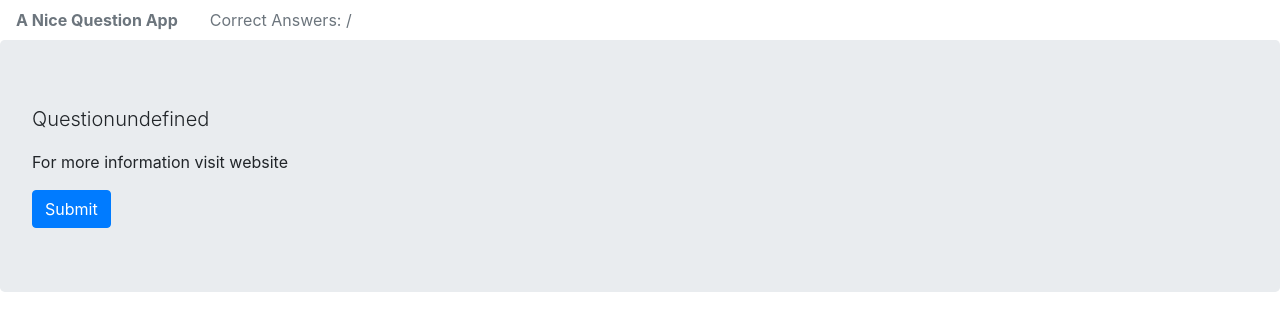
Repository: giovanicascaes/vue-quiz-app
Page: /
These files come from the project's save history. The page is drawn as it stood at one moment and after the next save; the edit follows.
The browser window is 1280 px wide. The pictures show the whole page.
The project was rebuilt for these pictures with package versions that can differ from the ones it lists, and the page was loaded fresh each time. Also part of the build but not shown: vue.config.js.

Above is the page before, as saved 2019-04-12 22:09:48.

### public/index.html
<!DOCTYPE html>
<html lang="en">
  <head>
    <meta charset="utf-8">
    <meta http-equiv="X-UA-Compatible" content="IE=edge">
    <meta name="viewport" content="width=device-width,initial-scale=1.0">
    <link rel="icon" href="<%= BASE_URL %>favicon.ico">
    <title>vue-note-app</title>
  </head>
  <body>
    <noscript>
      <strong>We're sorry but vue-note-app doesn't work properly without JavaScript enabled. Please enable it to continue.</strong>
    </noscript>
    <div id="app"></div>
    <!-- built files will be auto injected -->
  </body>
</html>

### src/main.js
import Vue from 'vue';
import BootstrapVue from 'bootstrap-vue';

import 'bootstrap/dist/css/bootstrap.css';
import 'bootstrap-vue/dist/bootstrap-vue.css';

import App from './App.vue';

Vue.config.productionTip = false;

Vue.use(BootstrapVue);

new Vue({
  render: h => h(App),
}).$mount('#app');

### src/App.vue
<template>
  <div id="app">
    <Header/>
    <Questions/>
  </div>
</template>

<script>
import Header from "./components/Header";
import Questions from "./components/Questions";

export default {
  name: "app",
  components: {
    Header,
    Questions
  }
};
</script>

<style>
</style>

### src/components/Header.vue
<template>
  <b-nav>
    <b-nav-item disabled>
      <b>A Nice Question App</b>
    </b-nav-item>
    <b-nav-item disabled>Correct Answers: {{correctAnswers}}/{{totalAnswers}}</b-nav-item>
  </b-nav>
</template>

<script>
export default {
  props: ["totalAnswers", "correctAnswers"]
};
</script>

### src/components/Questions.vue
<template>
  <b-jumbotron :lead="'Question' + currentQuestionNumber">
    <p>For more information visit website</p>
    <b-button variant="primary" href="#">Submit</b-button>
  </b-jumbotron>
</template>

<script>
export default {
    props: ['currentQuestionNumber']
}
</script>

After the next save:
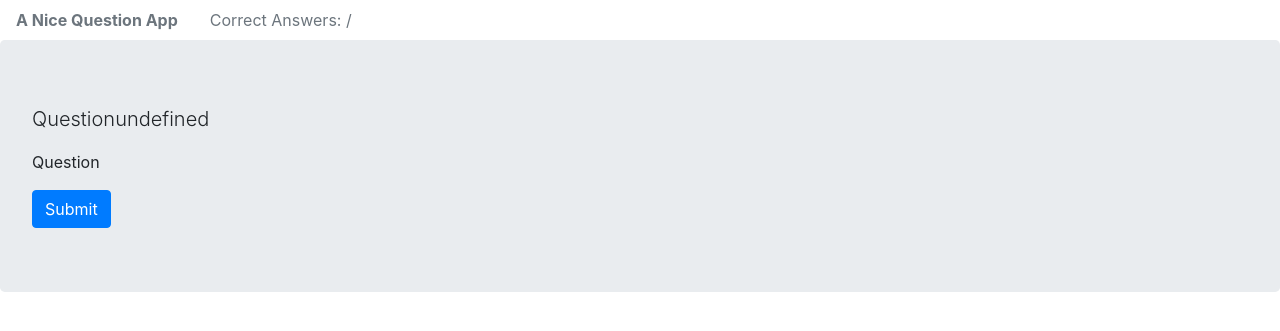
Saved 18 s later.
--- a/src/components/Questions.vue
+++ b/src/components/Questions.vue
@@ -1,12 +1,12 @@
 <template>
   <b-jumbotron :lead="'Question' + currentQuestionNumber">
-    <p>For more information visit website</p>
+    <p>Question</p>
     <b-button variant="primary" href="#">Submit</b-button>
   </b-jumbotron>
 </template>
 
 <script>
 export default {
-    props: ['currentQuestionNumber']
-}
+  props: ["currentQuestionNumber"]
+};
 </script>
